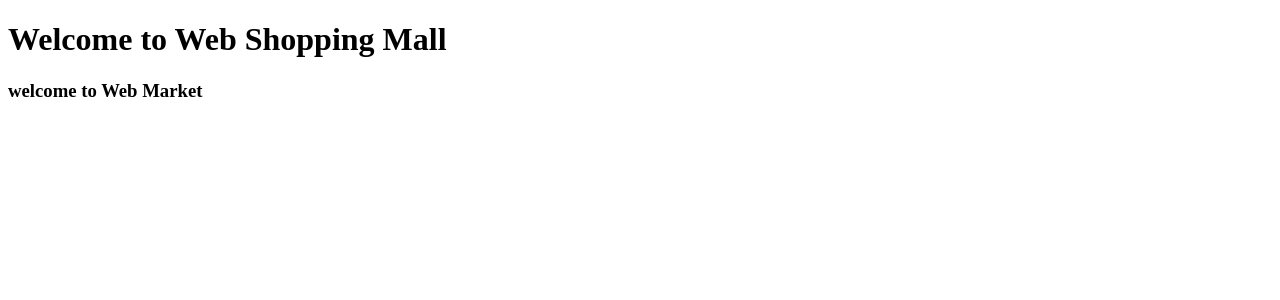
Repository: suinautant/learnCode
Page: http://localhost/WebMarket/welcome.jsp
An editor plug-in stored every save of this project. The page is shown before and after the next save, followed by the edit.
The browser window is 1280 px wide. The pictures show the whole page.
The page is served by Tomcat 9. Nobody is signed in. The application's start-up code is not run. Other server files are loaded and not shown.

Above is the page before, as saved 2021-06-30 01:20:18.

### jsp/WebMarket/WebContent/welcome.jsp
<%@ page language="java" contentType="text/html; charset=EUC-KR"
	pageEncoding="EUC-KR"
%>
<!DOCTYPE html>
<html>
<head>
<meta charset="EUC-KR">
<title>Welcome</title>
</head>
<body>
	<h1>Welcome to Web Shopping Mall</h1>
	<h3>welcome to Web Market</h3>
</body>
</html>

After the next save:
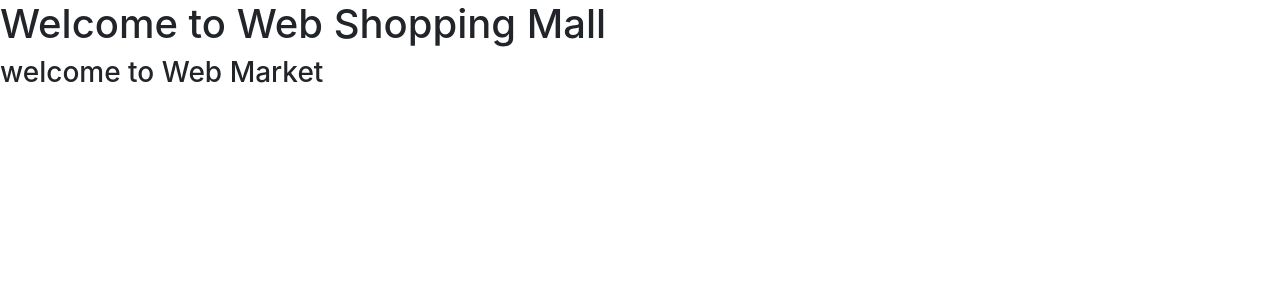
Saved 3 min 2 s later.
--- a/jsp/WebMarket/WebContent/welcome.jsp
+++ b/jsp/WebMarket/WebContent/welcome.jsp
@@ -4,6 +4,9 @@
 <!DOCTYPE html>
 <html>
 <head>
+<link rel="stylesheet"
+	href="https://maxcdn.bootstrapcdn.com/bootstrap/4.0.0/css/bootstrap.min.css"
+>
 <meta charset="EUC-KR">
 <title>Welcome</title>
 </head>
